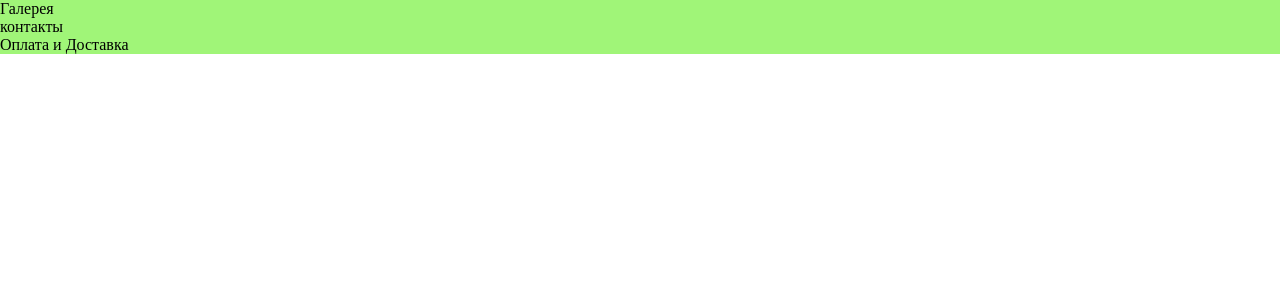
Repository: Ievgenii-davidenko/by
Page: index.html
These files come from the project's save history. The page is drawn as it stood at one moment and after the next save; the edit follows.
The browser window is 1280 px wide. The pictures show the whole page.

Above is the page before, as saved 2021-09-17 09:51:24.

### index.html
<!DOCTYPE html>
<html lang="en">
<head>
    <meta charset="UTF-8">
    <meta http-equiv="X-UA-Compatible" content="IE=edge">
    <meta name="viewport" content="width=device-width, initial-scale=1.0">
    <title>Document</title>
    <link rel="stylesheet" href="./css/style.css">
</head>
<body>
    <section class="header">
    <div class="section header">
        <img class="logo" src="" alt="">
<ul class="list">
    <li class="list__item">Галерея</li>
    <li class="list__item">контакты</li>
    <li class="list__item">Оплата и Доставка</li>

</ul>
    </div>
</section>
</body>
</html>

### css/style.css
* {
    margin: 0;
    padding: 0;
    box-sizing: border-box;
}
.header {
    background-color: rgb(160, 245, 120);
    display: flex;
    justify-content: space-between;
}

After the next save:
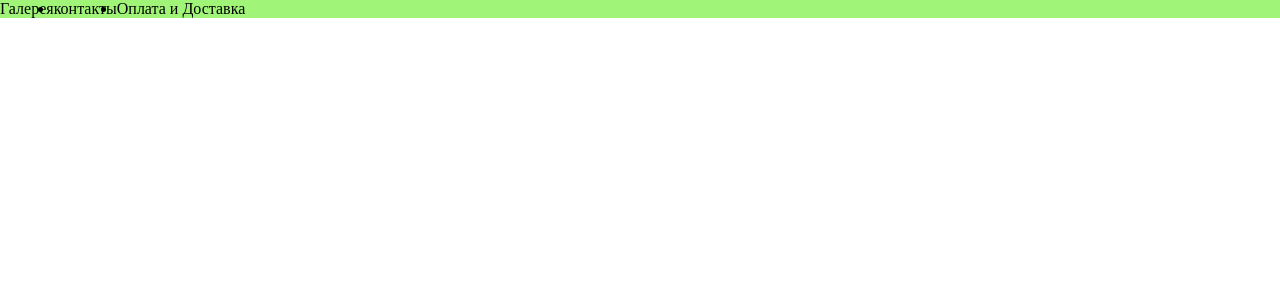
Saved 62 s later.
--- a/css/style.css
+++ b/css/style.css
@@ -8,3 +8,8 @@
     display: flex;
     justify-content: space-between;
 }
+
+.list {
+    display: flex;
+    justify-content: space-between;
+}
